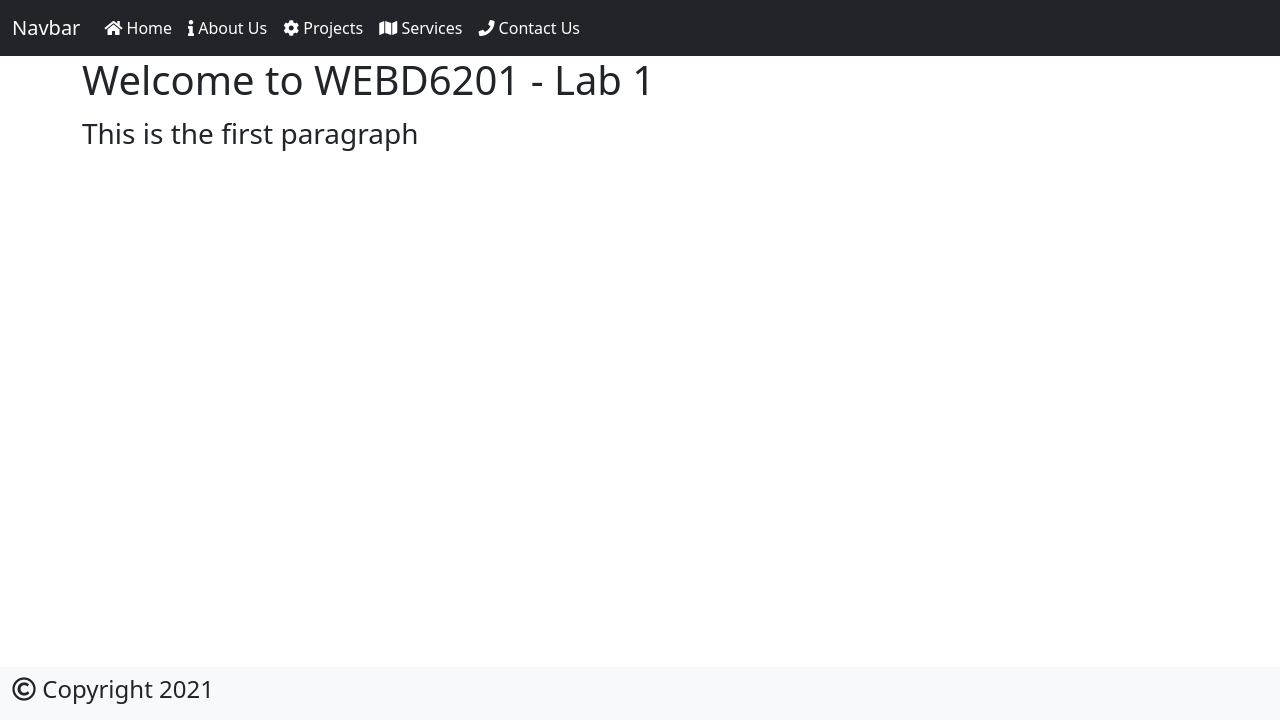
Repository: spencernewellevans/WEBD6201-ICE01
Page: index.html
The author's editor kept a copy of each file at every save. The page is drawn from the files as they stood at one save, then again after the next save.
The browser window is 1280 px wide. The pictures show the whole page.

Above is the page before, as saved 2021-01-22 18:58:36.

### index.html
<!DOCTYPE html>
<html lang="en">
<head>
    <meta charset="UTF-8">
    <meta name="viewport" content="width=device-width, initial-scale=1.0">
    <title>WEBD6201 - ICE01</title>
    <!-- CSS Section-->
    <link rel="stylesheet" href="./node_modules/bootstrap/dist/css/bootstrap.min.css">
    <link rel="stylesheet" href="./node_modules/@fortawesome/fontawesome-free/css/all.min.css">
    <link rel="stylesheet" href="./Content/app.css">
</head>
<body>
    <header>
        <nav class="navbar navbar-expand-lg navbar-dark bg-dark">
            <div class="container-fluid">
              <a class="navbar-brand" href="#">Navbar</a>
              <button class="navbar-toggler" type="button" data-bs-toggle="collapse" data-bs-target="#navbarSupportedContent" aria-controls="navbarSupportedContent" aria-expanded="false" aria-label="Toggle navigation">
                <span class="navbar-toggler-icon"></span>
              </button>
              <div class="collapse navbar-collapse" id="navbarSupportedContent">
                <ul class="navbar-nav me-auto mb-2 mb-lg-0">
                  <li class="nav-item">
                    <a class="nav-link active" aria-current="page" href="#"><i class="fas fa-home fa-large"></i> Home</a>
                  </li>

                  <li class="nav-item">
                    <a class="nav-link active" aria-current="page" href="#"><i class="fas fa-info fa-large"></i> About Us</a>
                  </li>

                  <li class="nav-item">
                    <a class="nav-link active" aria-current="page" href="#"><i class="fas fa-cog fa-large"></i> Projects</a>
                  </li>

                  <li class="nav-item">
                    <a class="nav-link active" aria-current="page" href="#"><i class="fas fa-map fa-large"></i> Services</a>
                  </li>

                  <li class="nav-item">
                    <a class="nav-link active" aria-current="page" href="#"><i class="fas fa-phone fa-large"></i> Contact Us</a>
                  </li>
                </ul>
              </div>
            </div>
          </nav>
    </header>

    <main class="container">
        <h1>Welcome to WEBD 6201</h1>
        <p id="paragraphOne"></p>
    </main>

    <footer>
        <nav class="navbar fixed-bottom navbar-light bg-light">
            <div class="container-fluid">
              <h4><i class="far fa-copyright fa-large"></i> Copyright 2021</h4>
            </div>
          </nav>
    </footer>

    <!-- Script Section -->
    <script src="./node_modules/jquery/dist/jquery.min.js"></script>
    <script src="./node_modules/bootstrap/dist/js/bootstrap.bundle.min.js"></script>
    <script src="./Scripts/app.js"></script>
</body>
</html>

### content/app.css
/* Custom CSS goes here */

### scripts/app.js
/* Custom JavaScript goes here */

// IIFE - Immediately Invoked Function Expression
// Anonymous self-executing expression
// limits scope leak

"use strict";

(function()
{

    function Start()
    {
        console.log("App Started...");

        let paragraphOneText = "This is a simple site to demonstrate DOM manipulation for ICE 1";

        let paragraphOneElement = document.getElementById("paragraphOne");

        paragraphOneElement.textContent = paragraphOneText;
        paragraphOneElement.className = "fs-5"

        // CREATION
        // Step 1. create the element
        let newParagraph = document.createElement("p");
        // Step 2. configure the element
        newParagraph.setAttribute("id","paragraphTwo");
        newParagraph.textContent = "...And this is paragraph two"
        // Step 3. select parent element
        let mainContent = document.getElementsByTagName("main")[0];
        // Step 3. insert the element
        mainContent.appendChild(newParagraph);
        newParagraph.className = "fs-6";

        let paragraphDiv = document.createElement("div");
        let paragraphThree =  `<p id="paragraphThree" class="fs-7 fw-bold">And this is the third paragraph</p>`;
        paragraphDiv.innerHTML = paragraphThree;

        // INSERTION
        // insertion before a node example
        //newParagraph.before(paragraphDiv);

        // insertion after a node example
        newParagraph.after(paragraphDiv);

        // DELETION
        // example of removing a single element
        //paragraphOneElement.remove();

        // removeChild example
        mainContent.removeChild(paragraphOneElement);

        // MODIFICATION
        //mainContent.firstElementChild.textContent = "Welcome Home!"
        mainContent.innerHTML =
        `<h1 id="firstHeading">Welcome to WEBD6201 - Lab 1</h1>
        <p id="paragraphOne" class="fs-3">This is the first paragraph</p>
        `;

    }

    window.addEventListener("load", Start);

})();

Loaded but not shown: node_modules/bootstrap/dist/css/bootstrap.min.css (library); node_modules/@fortawesome/fontawesome-free/css/all.min.css (library); node_modules/jquery/dist/jquery.min.js (library); node_modules/bootstrap/dist/js/bootstrap.bundle.min.js (library)

After the next save:
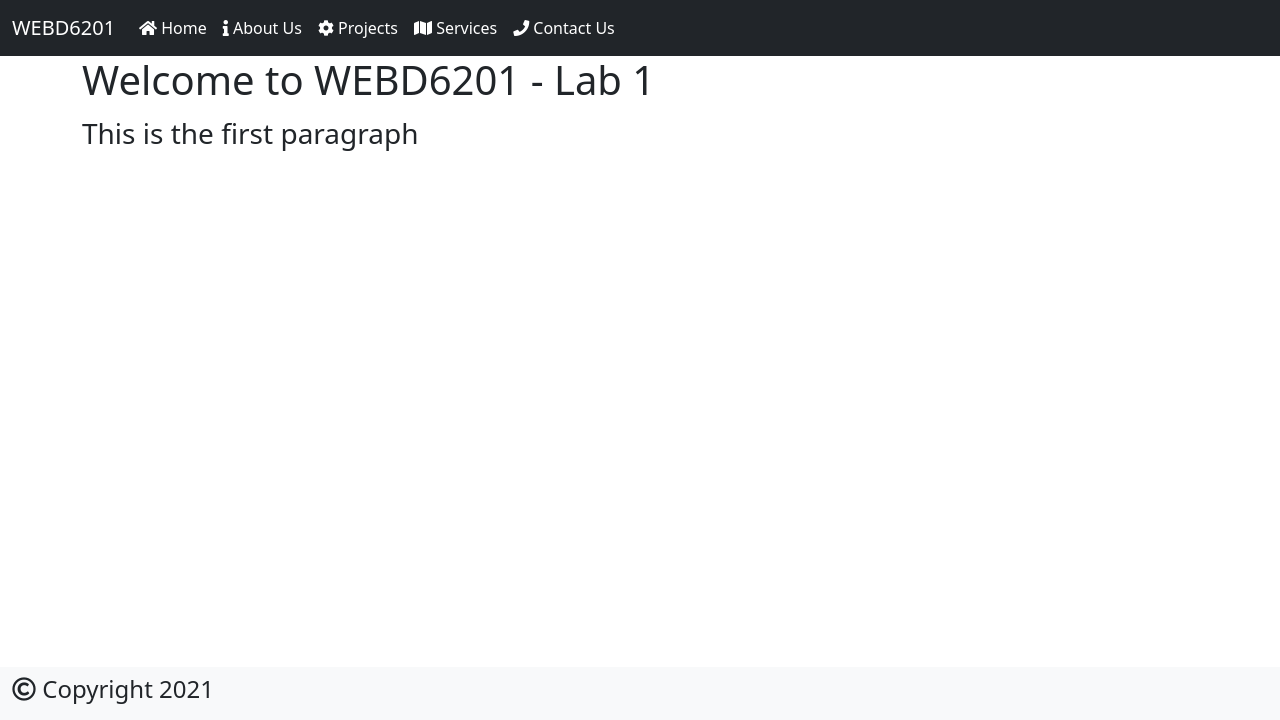
Saved 3 min 51 s later.
--- a/index.html
+++ b/index.html
@@ -13,7 +13,7 @@
     <header>
         <nav class="navbar navbar-expand-lg navbar-dark bg-dark">
             <div class="container-fluid">
-              <a class="navbar-brand" href="#">Navbar</a>
+              <a class="navbar-brand" href="#=index.html">WEBD6201</a>
               <button class="navbar-toggler" type="button" data-bs-toggle="collapse" data-bs-target="#navbarSupportedContent" aria-controls="navbarSupportedContent" aria-expanded="false" aria-label="Toggle navigation">
                 <span class="navbar-toggler-icon"></span>
               </button>
